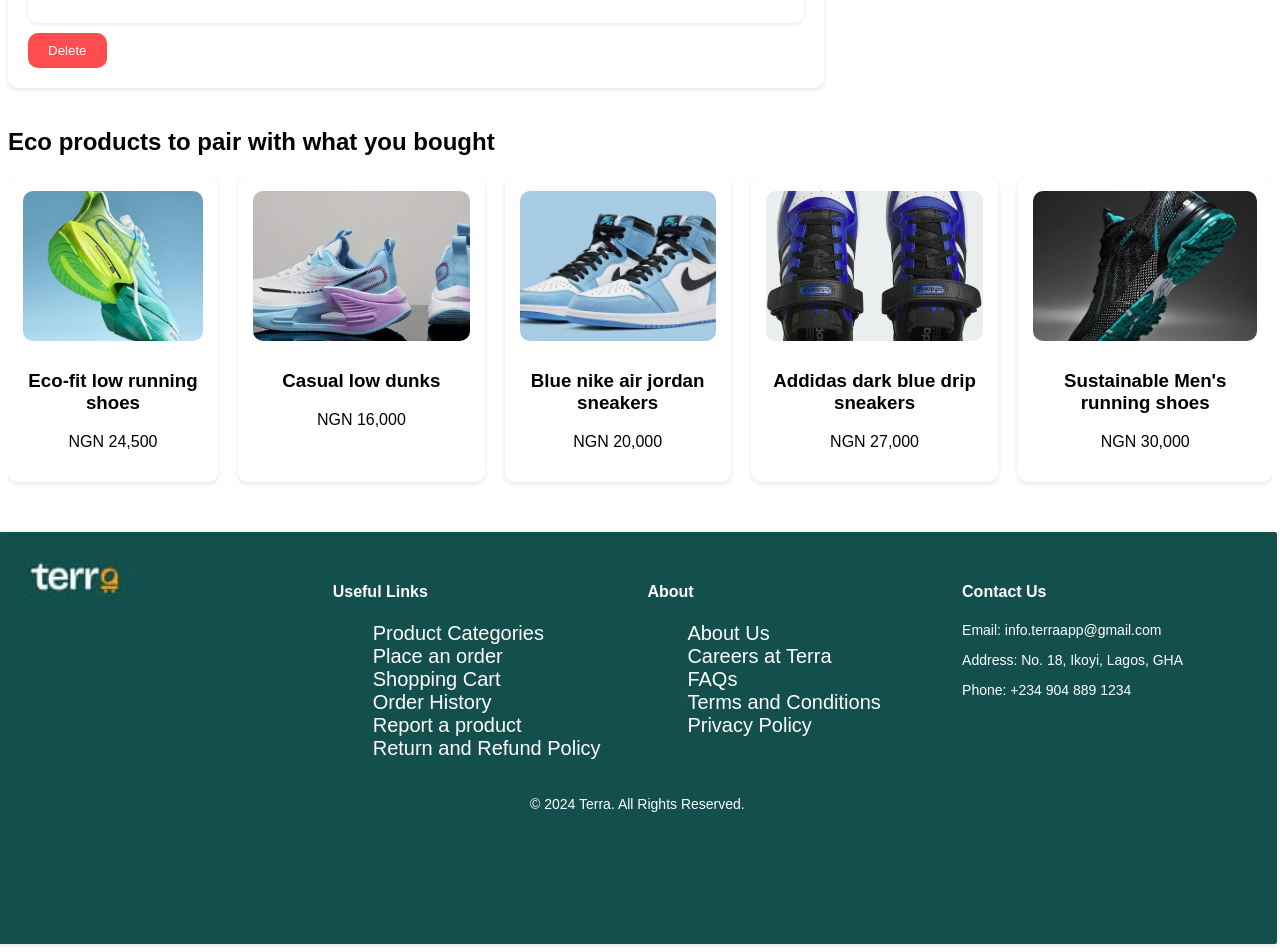
Repository: Femi007-gh/e-commerce
Page: index.html
These files come from the project's save history. The page is drawn as it stood at one moment and after a run of saves; the edit follows.
The browser window is 1280 px wide. The pictures show the part of the page from y = 1208 to 2160 px (the page is 2160 px tall).
A picture or video elsewhere on the page could not be fetched, so the positions and the page height are approximate.

Above is the page before, as saved 2025-04-29 12:25:15.

After the next 4 saves:
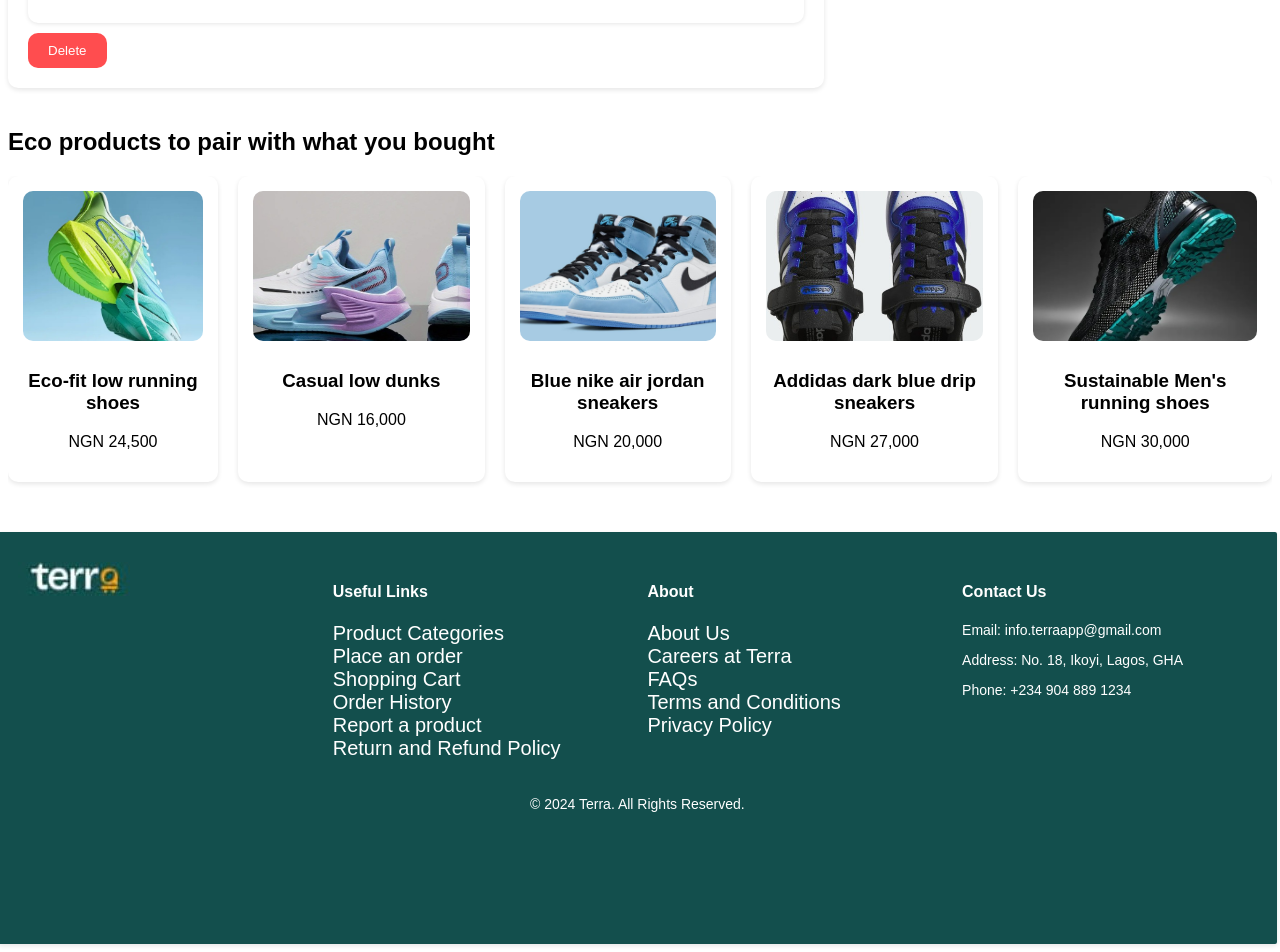
The 4 saves are shown as one change because they came seconds apart.
The last was saved 14 s later.
--- a/style.css
+++ b/style.css
@@ -336,7 +336,7 @@
   color: white;
   font-size: 14px;
   font-size: 20px;
-  margin-right: -20px;
+  margin-left: -40px;
 }
 
 .footer-contact p {
